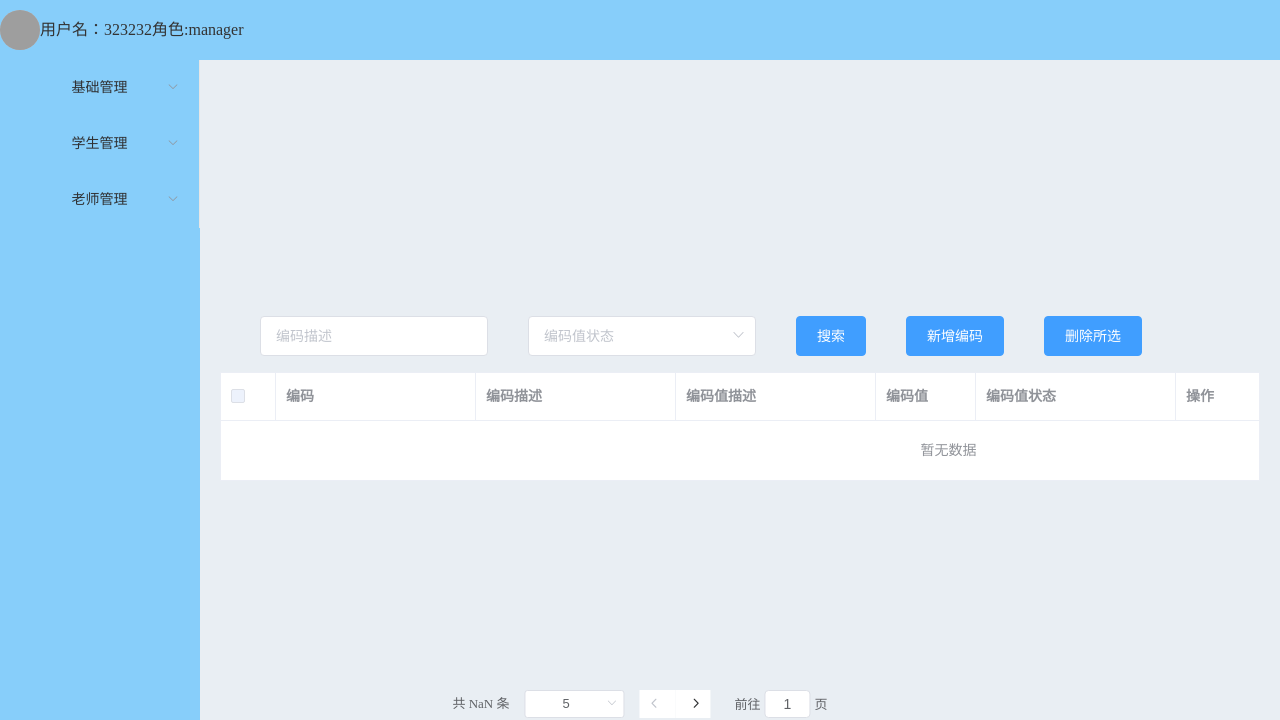
Repository: lwm9704/school-front
Page: /#/code
The author's editor kept a copy of each file at every save. The page is drawn from the files as they stood at one save, then again after the next save.
The browser window is 1280 px wide. The pictures show the whole page.
Pictures or frames that could not be fetched are drawn as grey boxes. The page's requests for data from a server got no answer. The project was rebuilt for these pictures with package versions that can differ from the ones it lists, and the page was loaded fresh each time. No one was signed in, and anything a server would have sent is missing. Also part of the build but not shown: src/js/login.js, src/view/login.vue.

Above is the page before, as saved 2021-11-26 13:55:01.

After the next save:
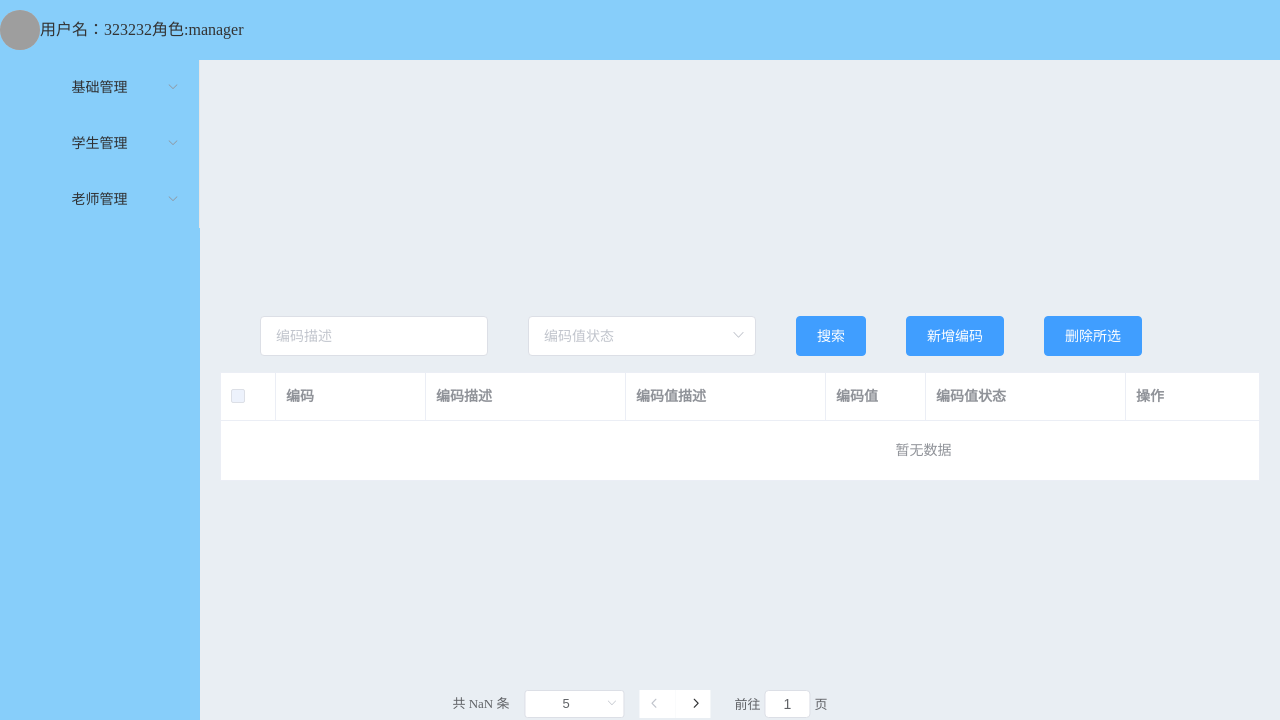
Saved 62 s later.
--- a/src/view/code.vue
+++ b/src/view/code.vue
@@ -50,7 +50,7 @@
       @selection-change="handleSelectionChange"
     >
       <el-table-column type="selection" width="55"></el-table-column>
-      <el-table-column label="编码" prop="codeNo" width="200"></el-table-column>
+      <el-table-column label="编码" prop="codeNo" width="150"></el-table-column>
       <el-table-column
         label="编码描述"
         prop="codeDescription"
